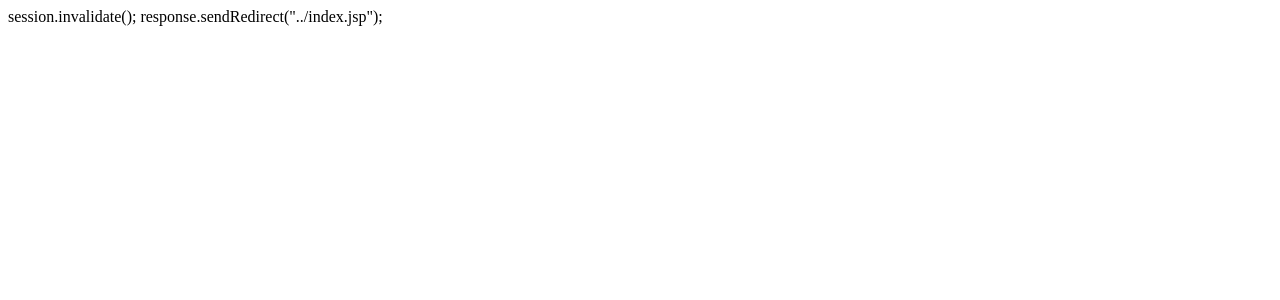
Repository: gpqls12321/public
Page: http://localhost/bizpoll/member/logout.jsp
These files come from the project's save history. The page is drawn as it stood at one moment and after the next save; the edit follows.
The browser window is 1280 px wide. The pictures show the whole page.
The page is served by Tomcat 9. Other server files are loaded and not shown.

Above is the page before, as saved 2021-04-20 07:28:08.

### bizpoll/WebContent/member/logout.jsp
<%@ page language="java" contentType="text/html; charset=UTF-8"
    pageEncoding="UTF-8"%>
<!DOCTYPE html>
<html>
<head>
<meta charset="UTF-8">
<title>Insert title here</title>
</head>
<body>

session.invalidate();
response.sendRedirect("../index.jsp");

</body>
</html>

After the next save:
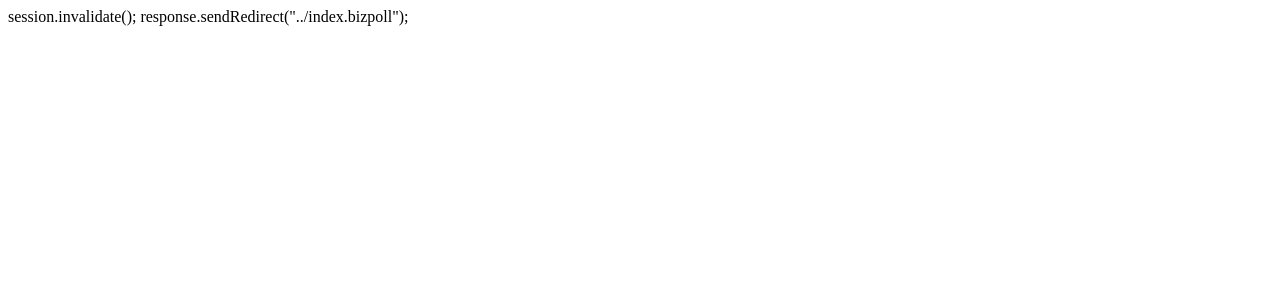
Saved 4 s later.
--- a/bizpoll/WebContent/member/logout.jsp
+++ b/bizpoll/WebContent/member/logout.jsp
@@ -9,7 +9,7 @@
 <body>
 
 session.invalidate();
-response.sendRedirect("../index.jsp");
+response.sendRedirect("../index.bizpoll");
 
 </body>
 </html>
